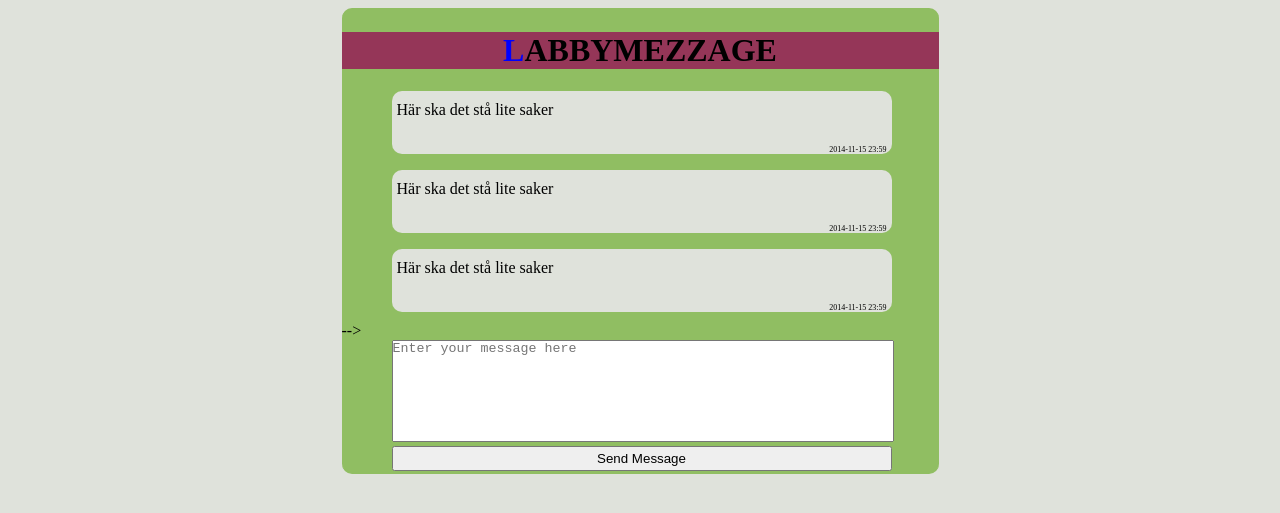
Repository: vr222bt/1dv403-laborationer
Page: 2-labbymezzage/index.html
The author's editor kept a record of every edit. The page is drawn from the files as they stood at one moment, then again after the next edit.
The browser window is 1280 px wide. The pictures show the whole page.

Above is the page before.

After the next edit:
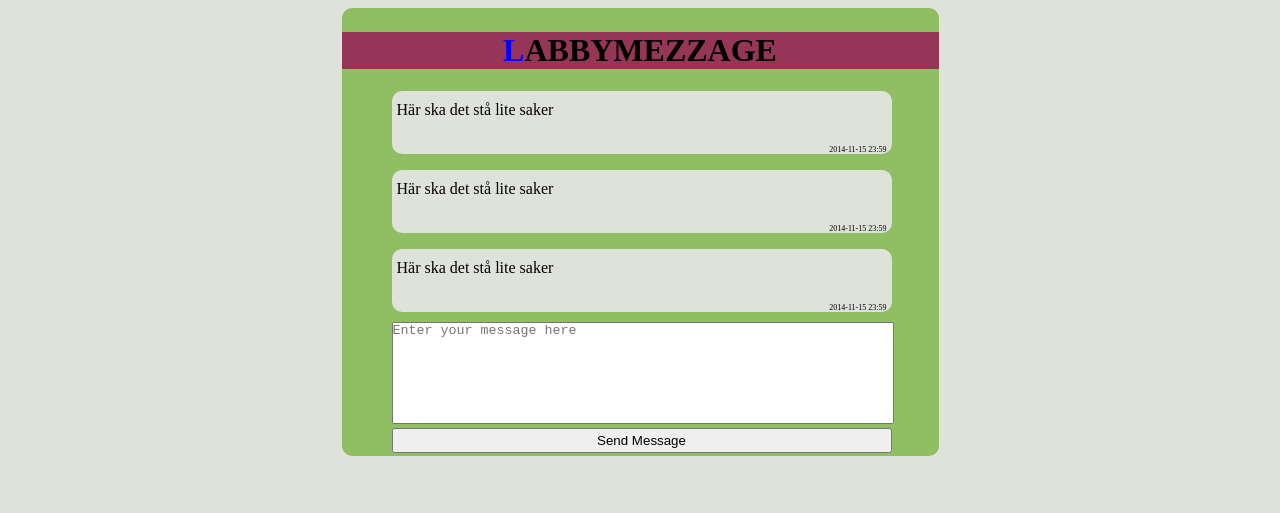
The edit:
--- a/2-labbymezzage/index.html
+++ b/2-labbymezzage/index.html
@@ -31,7 +31,7 @@
                             <p>2014-11-15 23:59</p>
                         </footer>
                     </div>
-                   -->
+
                 </div>
                 <form>
                     <textarea id="text" placeholder="Enter your message here"></textarea>
